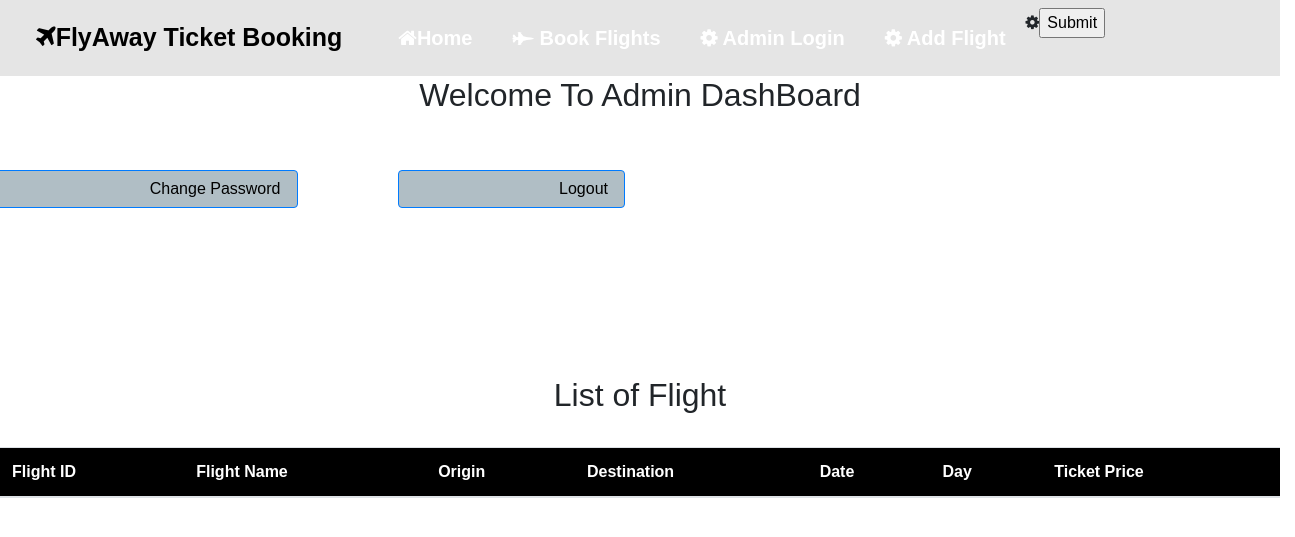
Repository: sayrabano/Phase2-project
Page: http://localhost/FlyAway/adminDashboard.jsp
These files come from the project's save history. The page is drawn as it stood at one moment and after the next save; the edit follows.
The browser window is 1280 px wide. The page is 1295 px wide, so the pictures cover 1295 px, including what lies to the right of the window. The pictures show the whole page.
Some web fonts or font styles are not loaded; a fallback is used. The page is served by Tomcat 9. Queries for data that is not in the repository find no rows.

Above is the page before, as saved 2021-09-20 21:47:55.

After the next save:
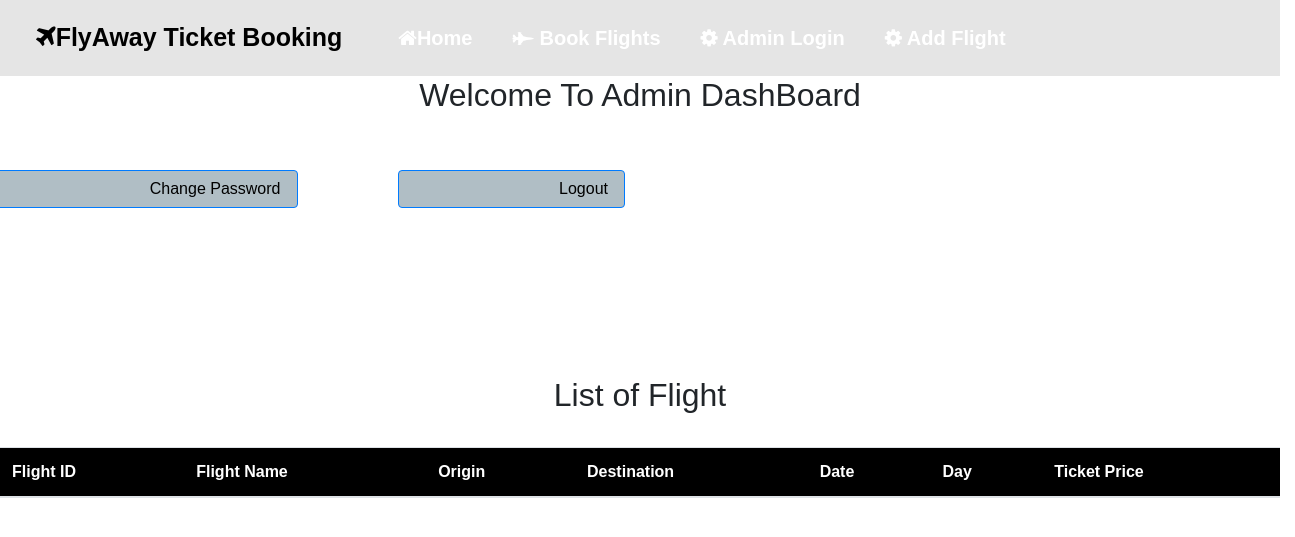
Saved 23 s later.
--- a/FlyAway/src/main/webapp/adminDashboard.jsp
+++ b/FlyAway/src/main/webapp/adminDashboard.jsp
@@ -75,11 +75,6 @@ ResultSet resultSet = null;
 						class="fa fa-gear"></i> Admin Login</a></li>
 						<li class="nav-item"><a href="#" class="nav-link"><i
 						class="fa fa-gear"></i> Add Flight</a></li>
-						<li class="nav-item"><i
-						class="fa fa-gear"></i><input type="submit">
-						</li>
-
-
 
 
 
